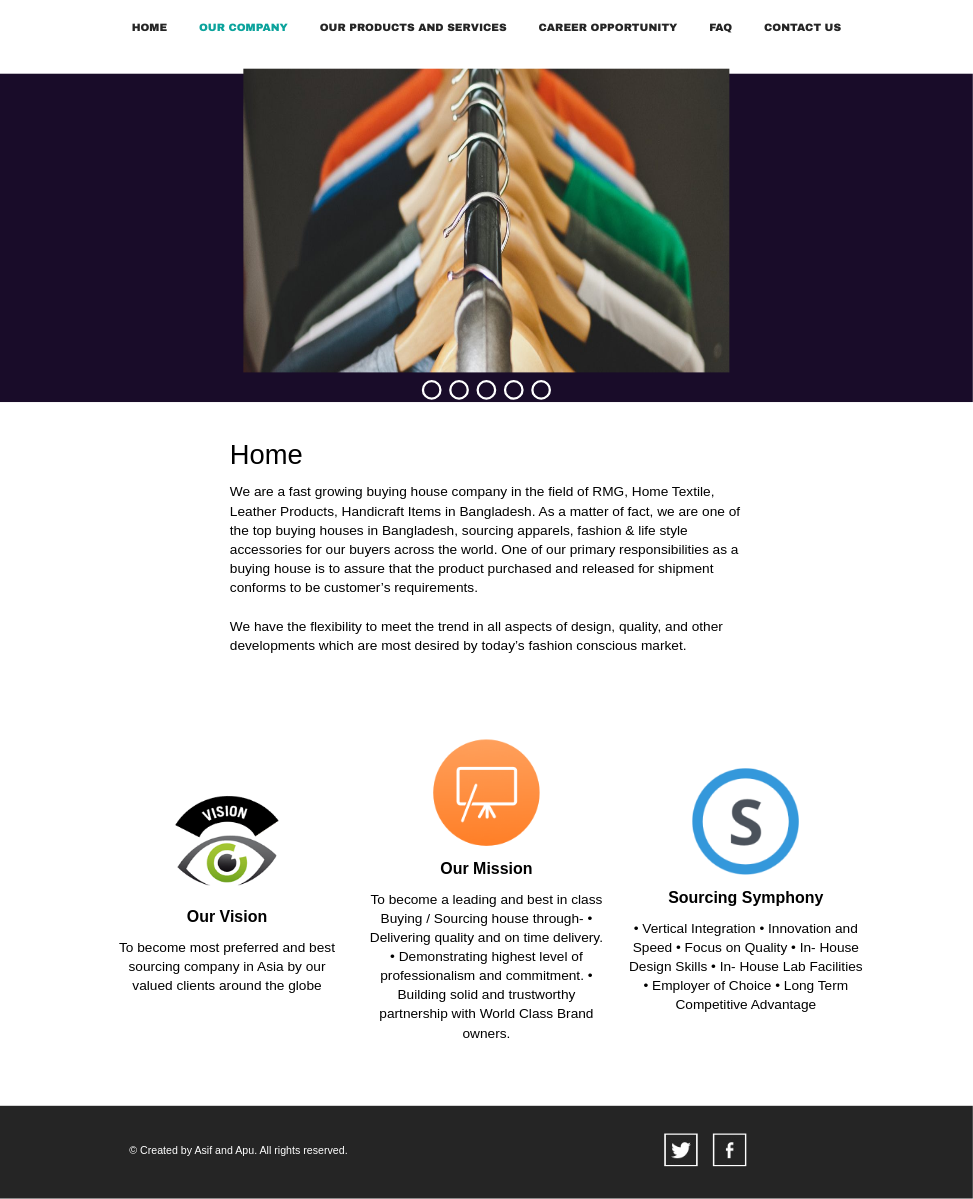
Repository: asifdotpy/textechint
Page: home.html
An editor plug-in stored every save of this project. The page is shown before and after a run of saves, followed by the edit.
The browser window is 1280 px wide. The pictures show the whole page, at 76% of full size.

Above is the page before, as saved 2021-03-02 17:59:17.
Console error: TypeError: Cannot read properties of null (reading 'dataset')

### home.html
<!doctype html>
<html>
<head>
	<meta charset="UTF-8">
	<meta name="viewport" content="width=device-width, initial-scale=1.0">
	<title>Tex Tech International</title>
	<link rel="stylesheet" type="text/css" href="css/home.css">
	<link rel="stylesheet" type="text/css" href="css/mobile.css" media="screen and (max-width : 568px)">
	<link rel="shortcut icon" href="/favicon.ico">
	<script type="text/javascript" src="js/homeSlider.js"></script>
</head>
<body>
	<div id="header">
		<ul id="navigation">
			<li>
				<a href="home.html">home</a>
			</li>
			<li class="selected">
				<a href="index.html">our company</a>
			</li>
			<li>
				<a href="gallery.html">Our Products and services
				</a>
			</li>
			<li>
				<a href="about.html">career opportunity</a>
			</li>
			<li>
				<a href="blog.html">faq</a>
			</li>
			<li>
				<a href="contact.html">contact us</a>
			</li>
		</ul>
	</div>
    <div class="slider-all">
    <div class="sub-body">
        <div class="slider">
            <div class="images">
                <input type="radio" name="slide" id="img1" checked>
                <input type="radio" name="slide" id="img2">
                <input type="radio" name="slide" id="img3">
                <input type="radio" name="slide" id="img4">
                <input type="radio" name="slide" id="img5">

                <img src="./images/slide-apparel.jpg" class="m1" alt="img1">
                <img src="./images/slide-hometextile.jpg" class="m2" alt="img2">
                <img src="./images/slide-handicraft.jpg" class="m3" alt="img3">
                <img src="./images/slide-leather.jpg" class="m4" alt="img4">
                <img src="./images/slide-itsolutions.jpg" class="m5" alt="img5">
            </div>
            <div class="dots">
                <label for="img1"></label>
                <label for="img2"></label>
                <label for="img3"></label>
                <label for="img4"></label>
                <label for="img5"></label>
            </div>
        </div>
    </div>
    </div>
    </div>
    <div id="container">
        <h1>Home</h1>
        <p>We are a fast growing buying house company in the field of RMG, Home Textile, Leather Products, Handicraft Items in Bangladesh. As a matter of fact, we are one of the top buying houses in Bangladesh, sourcing apparels, fashion &amp; life style accessories for our buyers across the world. One of our primary responsibilities as a buying house is to assure that the product purchased and released for shipment conforms to be customer’s requirements.
            <br><br>We have the flexibility to meet the trend in all aspects of design, quality, and other developments which are most desired by today’s fashion conscious market.
            </p>
    </div>
	<div class="carousel">
		<div class="parent flex-parent">
			<div class="child flex-child">
			  <img class="img-circle" src="images/header-image1.png" alt="Generic placeholder image" width="140" height="140">
			  <h2>Our Vision</h2>
			  <p>To become most preferred and best sourcing company in Asia by our valued clients around the globe</p>
			</div><!-- /.col-lg-4 -->
			<div class="child flex-child">
			  <img class="img-circle" src="images/header-image2.png" alt="Generic placeholder image" width="140" height="140">
			  <h2>Our Mission</h2>
			  <p>To become a leading and best in class Buying / Sourcing house through- • Delivering quality and on time delivery. • Demonstrating highest level of professionalism and commitment. • Building solid and trustworthy partnership with World Class Brand owners.
			  </p>
			</div><!-- /.col-lg-4 -->
			<div class="child flex-child">
			  <img class="img-circle" src="images/header-image3.png" alt="Generic placeholder image" width="140" height="140">
			  <h2>Sourcing Symphony</h2>
			  <p>•	Vertical Integration •	Innovation and Speed •	Focus on Quality •	In- House Design Skills •	In- House Lab Facilities •	Employer of Choice •	Long Term Competitive Advantage
		  </p>
			</div>
		  </div>
	</div>
    <div id="footer">
		<div>
			<p>&copy; Created by Asif and Apu. All rights reserved.</p>
			<ul>
				<li>
					<a href="http://freewebsitetemplates.com/go/twitter/" id="linkedin">linkedin</a>
				</li>
				<li>
					<a href="https://www.facebook.com/textechint" target="_blank" id="facebook">facebook</a>
			</ul>
		</div>
	</div>
</body>
</html>

### css/home.css
@font-face {
	font-family: 'poller_oneregular';
	src: url('../fonts/pollerone/pollerone-webfont.eot');
	src: url('../fonts/pollerone/pollerone-webfont.eot?#iefix') format('embedded-opentype'),
		 url('../fonts/pollerone/pollerone-webfont.woff') format('woff'),
		 url('../fonts/pollerone/pollerone-webfont.ttf') format('truetype'),
		 url('../fonts/pollerone/pollerone-webfont.svg#poller_oneregular') format('svg');
}
@font-face {
	font-family: 'leckerli_oneregular';
	src: url('../fonts/leckerlione/leckerlione-regular-webfont.eot');
	src: url('../fonts/leckerlione/leckerlione-regular-webfont.eot?#iefix') format('embedded-opentype'),
		 url('../fonts/leckerlione/leckerlione-regular-webfont.woff') format('woff'),
		 url('../fonts/leckerlione/leckerlione-regular-webfont.ttf') format('truetype'),
		 url('../fonts/leckerlione/leckerlione-regular-webfont.svg#leckerli_oneregular') format('svg');
}

body {
	background: #fff;
	font-family: Arial, Helvetica, sans-serif;
	font-size: 14px;
	font-weight: normal;
	line-height: 1;
	margin: 0;
	min-width: 960px;
	padding: 0;
}

#header {
	margin: 0 auto;
	padding: 4px 0 50px;
	text-align: center;
	/*width: 960px;*/
}
#header a.logo {
	display: block;
	margin: 0 auto;
	padding: 0;
	width: 340px;
}
#header a.logo img {
	border: 0;
	display: block;
	margin: 0;
	padding: 0;
}
#header ul {
	margin: 0;
	padding: 25px 0 0;
}
#header ul li {
	display: inline;
	list-style: none;
	margin: 0;
	padding: 0 19px;
}
#header ul li a {
	color: #252525;
	display: inline-block;
	font-family: "Arial Black", Gadget, sans-serif;
	font-size: 14px;
	font-weight: normal;
	margin: 0;
	padding: 0 0 3px;
	text-decoration: none;
	text-transform: uppercase;
}
#header ul li a:hover, #header ul li.selected a {
	color: #0ba39c;
}

#footer {
	background: #252525;
	margin: 0;
	padding: 36px 0 42px;
}
#footer div {
	margin: 0 auto;
	overflow: hidden;
	padding: 0;
	width: 960px;
}
#footer div p {
	color: #fff;
	float: left;
	line-height: 44px;
	margin: 0 0 0 10px;
	padding: 0;
}
#footer div ul {
	display: block;
	float: right;
	margin: 0;
	overflow: hidden;
	padding: 0;
	width: 256px;
}
#footer div ul li {
	display: block;
	float: left;
	list-style: none;
	margin: 0 10px;
	padding: 0;
	width: 44px;
}
#footer div ul li a {
	background: url(../images/icons.jpg) no-repeat 0 0;
	display: block;
	height: 44px;
	margin: 0;
	padding: 0;
	text-indent: -99999px;
	width: 44px;
}
#footer div ul li #linkedin {
	background-position: 0 0;
}
#footer div ul li #linkedin:hover {
	background-position: -44px 0;
}
#footer div ul li #facebook {
	background-position: 0 -44px;
}
#footer div ul li #facebook:hover {
	background-position: -44px -44px;
}


div .slider-all {
    box-sizing: border-box;
    margin: 0;
    padding: 0;
}
div .sub-body {
    height: 60vh;
    display: flex;
    justify-content: center;
    align-items: center;
    background: rgb(25,12,41);
}


.slider {
    position: relative;
    width: 50%;
    overflow: hidden;
}
.images {
    display: flex;
    width: 100%;
}
.images img {
    height: 400px;
    width: 100%;
    transition: all 0.15s ease;
}
.images input {
    display: none;
}
.dots {
    display: flex;
    justify-content: center;
    margin: 5px;
}
.dots label {
    height: 20px;
    width: 20px;
    border-radius: 50%;
    border: solid #fff 3px;
    cursor: pointer;
    transition: all 0.15s ease;
    margin: 5px;
}
.dots label:hover {background: #fff;}
#img1:checked ~ .m1 {
    margin-left: 0;
}
#img2:checked ~ .m2 {
    margin-left: -100%;
}
#img3:checked ~ .m3 {
    margin-left: -200%;
}
#img4:checked ~ .m4 {
    margin-left: -300%;
}
#img5:checked ~ .m5 {
	margin-left: -400%;
}


#container {
    margin-top: 2vh;
    margin-bottom: 2vh;
    margin-left: 40vh;
    margin-right: 40vh;
    padding: 2vh;
    text-align: left;
}

h1 {
    font-size: 36px;
    margin-top: 20px;
    margin-bottom: 10px;
    font-family: inherit;
    font-weight: 500;
    line-height: 1.1;
    color: inherit;
    /*margin: 067em 0;*/
}

#container p {
    font-size: 18px;
    font-family: inherit;
    font-weight: 300;
	line-height: 1.4;
}

.carousel {
	padding: 3rem;
}

/*---------------------------------------adding images in home tab-----------------------------------*/

.flex-parent {
	display: flex;
  }
  .flex-child {
	flex: 1;
  }

  /* base css */
  .carousel {
	padding: 3rem;
  }
  /*h3 {
	margin: 1.5rem 0 .25em;
	clear: both;
  }*/
  .parent {
	background: #fff;
	padding-left: 3rem;
	padding-right: 3rem;
	margin-left: 2rem;
	margin-right: 2rem;
  }
  .child {
	border: none;
	padding: 1rem;
	margin: auto;
	width: 50%;
	text-align: center;
  }

  .child p {
	font-size: 18px;
	font-family: inherit;
	font-weight: 300;
	line-height: 1.4;
  }

### js/homeSlider.js
/*
    This page made by : Youssef Abdelzaher Front-end developer
*/

/* Start Get Elements  */
let AbdelzaherSlider = document.querySelector(".Abdelzaher-slider");
let items = Array.from(document.querySelectorAll(".Abdelzaher-slider .item"));
let controls = document.querySelector(".Abdelzaher-slider .controls");
// Creat controls spans by items number
for (let i = 0; i < items.length; i++) {
    let controlsSpan = document.createElement("span");
    controlsSpan.dataset.index = i;
    controls.appendChild(controlsSpan);
}
let controlsSpans = Array.from(document.querySelectorAll(".Abdelzaher-slider .controls span"));
let controlsButtons = Array.from(document.querySelectorAll(".Abdelzaher-slider .controlsButtons button"));
let audioEffect  = document.querySelector(".sound");
/* End Get Elements  */

/* Start Controls span Function  */
controlsSpans.forEach((span,index) => {
    // Add z-index for spans
    span.style.zIndex = items.length + 2;

    span.onclick = function(){
        let activeItem = document.querySelector(".Abdelzaher-slider .item.active");
        let activeIndex = items.indexOf(activeItem);
        if (index > activeIndex) {
            startAudio();
            // Cleear Interval function for this Function work without problems
            clearInterval(autoInterval);
            setTimeout(autoTranstion(),5000);
            // Remove and Add class "active" for items to make transform
            activeItem.style.transform = 'translate(-100%)';
            activeItem.classList.remove('active');
            items[index].style.transform = 'translate(0)';
            items[index].classList.add('active');
            // Add this function for transform work good without any problems in the end of transform
            getPosition();

        }else if(index < activeIndex) {
            startAudio();
            // Cleear Interval function for this Function work without problems
            clearInterval(autoInterval);
            setTimeout(autoTranstion(),5000);
            // Remove and Add class "active" for items to make transform
            activeItem.style.transform = 'translate(100%)';
            activeItem.classList.remove('active');
            items[index].style.transform = 'translate(0)';
            items[index].classList.add('active');
            // Add this function for transform work good without any problems in the end of transform
            getPosition();
        }

    };
});
/* End Controls span Function  */

/* Start prev and next rules Function */
function getPrevAndNext() {
    let activeItem = document.querySelector(".Abdelzaher-slider .item.active");
    let activeIndex = items.indexOf(activeItem);
    let prevSlide,nextSlide;
    if (activeIndex === items.length - 1) {
        nextSlide = items[0];
    } else {
        nextSlide = items[activeIndex + 1];
    }
    if (activeIndex === 0) {
        prevSlide = items[items.length - 1]
    } else {
        prevSlide = items[activeIndex - 1];
    }
    return[prevSlide,nextSlide];
}
getPrevAndNext();
/* End prev and next rules Function */

/* Start Position function */
function getPosition() {
    let activeItem = document.querySelector(".Abdelzaher-slider .item.active");
    let activeIndex = items.indexOf(activeItem);
    const [prevSlide,nextSlide] = getPrevAndNext();
    items.forEach((item,index)=>{
        if (index === activeIndex) {
            item.style.transform = "translateX(0%)";
        }else if (item === prevSlide) {
            item.style.transform = "translateX(-100%)";
        }else if (item === nextSlide) {
            item.style.transform = "translateX(100%)";
        }else{
            item.style.transform = "translateX(100%)";
        }
        item.addEventListener("transitionend",()=>{
            item.classList.remove("top");
        });
        // Add and remove "active" class for controls spans
        controlsSpans.forEach(span => {
            span.classList.remove("active")
        });
        controlsSpans[activeIndex].classList.add("active");
    });
};
getPosition();
/* End Position function */

// Add events for controls buttons
controlsButtons.forEach(button =>{
    // Add z-index for buttons
    button.style.zIndex = items.length + 2;
    button.addEventListener("click",()=>{
        if (button.classList.contains("next")) {
            startAudio();
            // Cleear Interval function for this Function work without problems
            clearInterval(autoInterval);
            setTimeout(autoTranstion(),intervalTimeNume);
            getNextSlide();
        }else if (button.classList.contains("prev")) {
            startAudio();
            clearInterval(autoInterval);
            setTimeout(autoTranstion(),intervalTimeNume);
            getPrevSlide();
        }
    });
});

/* Start nextSlide function */
function getNextSlide() {

    let activeItem = document.querySelector(".Abdelzaher-slider .item.active");
    const [prevSlide,nextSlide] = getPrevAndNext();
    if (activeItem.classList.contains("top")) {
        return;
    }
    // Add class "top" to active item to show his transform
    activeItem.classList.add("top");
    nextSlide.classList.add("top");
    // Remove and Add class "active" for items to make transform
    activeItem.classList.remove('active');
    activeItem.style.transform = 'translate(-100%)';
    nextSlide.classList.add('active');
    nextSlide.style.transform = 'translateX(0)';
    // Add this function for transform work good without any problems in the end of transform
    getPosition();
}
/* End nextSlide function */

/* Start prevSlide function */
function getPrevSlide() {

    let activeItem = document.querySelector(".Abdelzaher-slider .item.active");
    const [prevSlide,nextSlide] = getPrevAndNext();
    if (activeItem.classList.contains("top")) {
        return;
    }
    // Add class "top" to active item to show his transform
    activeItem.classList.add("top");
    prevSlide.classList.add("top");
    // Remove and Add class "active" for items to make transform
    activeItem.classList.remove('active');
    activeItem.style.transform = 'translate(100%)';
    prevSlide.classList.add('active');
    prevSlide.style.transform = 'translateX(0)';
    // Add this function for transform work good without any problems in the end of transform
    getPosition();
}
/* Start prevSlide function */

/* Start autoInterval function for change item every 5 secound */
let intervalTimeNume = parseInt(AbdelzaherSlider.dataset.change);
let intervalTimeString = AbdelzaherSlider.dataset.change;
function autoTranstion() {
    autoInterval = setInterval(()=>{
        getNextSlide();
    },intervalTimeNume);
}
autoTranstion();

// Remove autoInterval function
if (intervalTimeNume === 0 || intervalTimeString === "none") {

    clearInterval(autoInterval);

}
/* End autoInterval function for change item every 5 secound */


/* Start sctiveControl function for add and remove "active" class for controls spans */
function activeControl() {
    let activeItem = document.querySelector(".Abdelzaher-slider .item.active");
    let activeIndex = items.indexOf(activeItem);
    controlsSpans.forEach(span => {
        span.classList.remove("active")
    });
    controlsSpans[activeIndex].classList.add("active");
}
activeControl();
/* End sctiveControl function for add and remove "active" class for controls spans */

function startAudio() {
    audioEffect.play();
}

### css/mobile.css
body {
	min-width: 0;
}
#header {
	padding: 20px 0;
	position: relative;
	width: 100%;
}
#header a.logo {
	width: 80%;
}
#header a.logo img {
	width: 100%;
}
#mobile-navigation {
	background: url(../images/mobile-menu.png) no-repeat 0 0;
	display: block;
	height: 50px;
	margin: 30px auto 0;
	padding: 0;
	width: 50px;
}
#header ul {
	border: 1px solid #fff;
	display: none;
	left: 50%;
	margin-left: -45%;
	padding: 0;
	position: absolute;
	width: 90%;
	z-index: 1001;
}
#header ul li {
	border-top: 1px solid #fff;
	display: block;
	margin: 0;
	padding: 0;
	position: relative;
}
#header > ul > li:first-child {
	border: 0;
}
#header ul li a {
	background: rgba(11, 163, 156, 0.9);
	color: #fff;
	display: block;
	font-family: Arial, Helvetica, sans-serif;
	font-size: 16px;
	font-weight: normal;
	height: 49px;
	line-height: 49px;
	padding: 0 15px;
	text-align: left;
}
#header ul li a:hover, #header ul li.selected a {
	background: rgba(0, 0, 0, 0.9);
	color: #fff;
}
#header ul ul {
	display: none;
	border: 0;
	height: auto;
	left: 0;
	margin: 0;
	position: relative;
	width: 100%;
}
#header ul ul li a {
	text-indent: 15px;
}
#header ul li span {
	background: rgba(11, 163, 156, 0.9) url(../images/mobile-expand.png) no-repeat 0 0;
	border-left: 1px solid #fff;
	display: block;
	height: 49px;
	position: absolute;
	right: 0;
	top: 0;
	width: 50px;
}
#body {
	width: 100%;
}
#body h1 {
	display: block;
	font-size: 20px;
	margin: 0 auto;
	width: 90%;
}
#body h1 span {
	display: block;
	padding: 3%;
	width: 94%;
}
#body > div {
	padding: 0 5%;
	width: 90%;
}
#body > div img {
	margin: 24px 0 30px;
	width: 98%
}
#body > div .article {
	padding: 0;
	width: 100%;
}
#body > div .article h2, #body > div .article h4 {
	font-size: 18px;
	font-weight: bold;
}
#body #featured {
	overflow: hidden;
	margin: 0 0 20px
}
#body #featured img {
	min-width: 960px;
}
#body #featured div {
	left: 0;
	margin: 0;
	padding: 0 2%;
	position: absolute;
	top: 0;
	text-align: left;
	width: 96%;
}
#body #featured div h2 {
	font-size: 14px;
	font-weight: normal;
	margin: 50px 0 10px;
	padding: 8px 5px;
}
#body #featured div span {
	display: block;
	font-size: 14px;
	margin: 10px 0;
	padding: 10px;
}
#body #featured div a {
	font-size: 14px;
	margin: 5px 0 0;
	padding: 10px;
}
#body > ul {
	overflow: visible;
	padding: 0 5%;
	width: 90%;
}
#body ul.gallery {
	padding: 5% 0;
	overflow: hidden;
	width: 100%;
}
#body > ul li {
	float: none;
	margin: 0;
	width: 100%;
}
#body ul.gallery li {
	float: left;
	margin: 0 0 5% 5%;
	width: 42%;
}
#body > ul li a img {
	width: 98%;
}
#body > ul li a span {
	padding: 15px 0;
}
#body div ul {
	margin: 0;
	padding: 20px 0 0;
	width: 100%;
}
#body div ul li {
	overflow: visible;
	padding: 0 0 20px;
	width: 99%;
}
#body div ul li .figure {
	border: 0;
	display: block;
	float: none;
	margin: 0 0 20px;
	width: 100%;
}
#body div ul li .figure img {
	width: 100%;
}
#body div ul li div {
	float: none;
	padding: 0;
	width: 100%;
}
#body div ul li div a.more:hover {
	height: 14px;
	line-height: 14px;
}
#body form {
	width: 100%;
}
#body form input, #body form textarea {
	margin: 0 0 20px;
	padding: 10px;
	width: 84%;
}
#body form #send {
	padding: 10px;
}
#footer {
	padding: 10px 0 25px;
}
#footer div {
	overflow: visible;
	width: 100%;
}
#footer div p {
	float: none;
	margin: 0;
	text-align: center;
}
#footer div ul {
	float: none;
	margin: 0 auto;
	width: 256px;
}

#container {
    margin-top: 0;
    margin-bottom: 0;
    margin-left: 0;
    margin-right: 0;
    padding: 2vh;
    text-align: center;
}

After the next 4 saves:
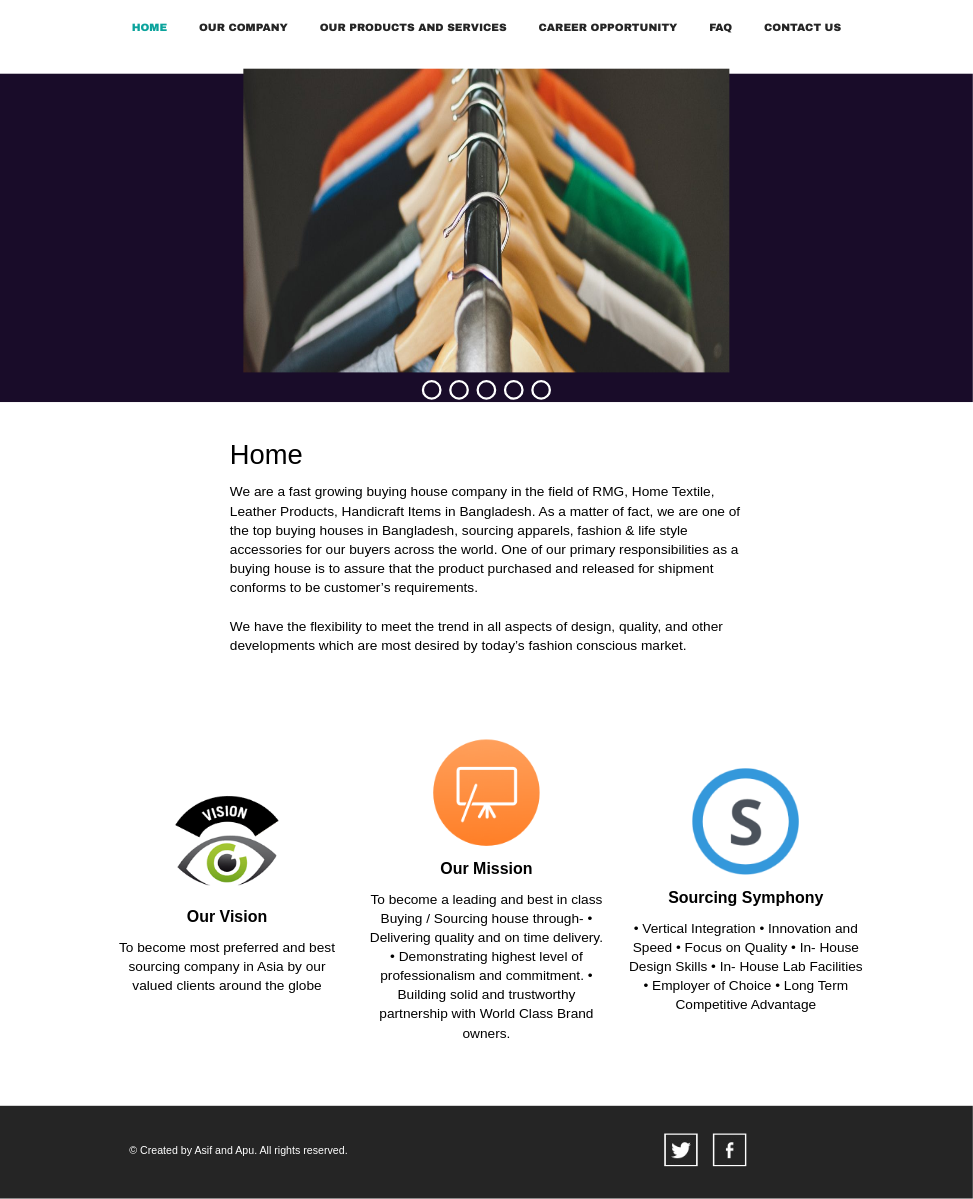
The 4 saves are shown as one change because they came seconds apart.
The last was saved 18 s later.
--- a/home.html
+++ b/home.html
@@ -12,10 +12,10 @@
 <body>
 	<div id="header">
 		<ul id="navigation">
-			<li>
+			<li class="selected">
 				<a href="home.html">home</a>
 			</li>
-			<li class="selected">
+			<li>
 				<a href="index.html">our company</a>
 			</li>
 			<li>
